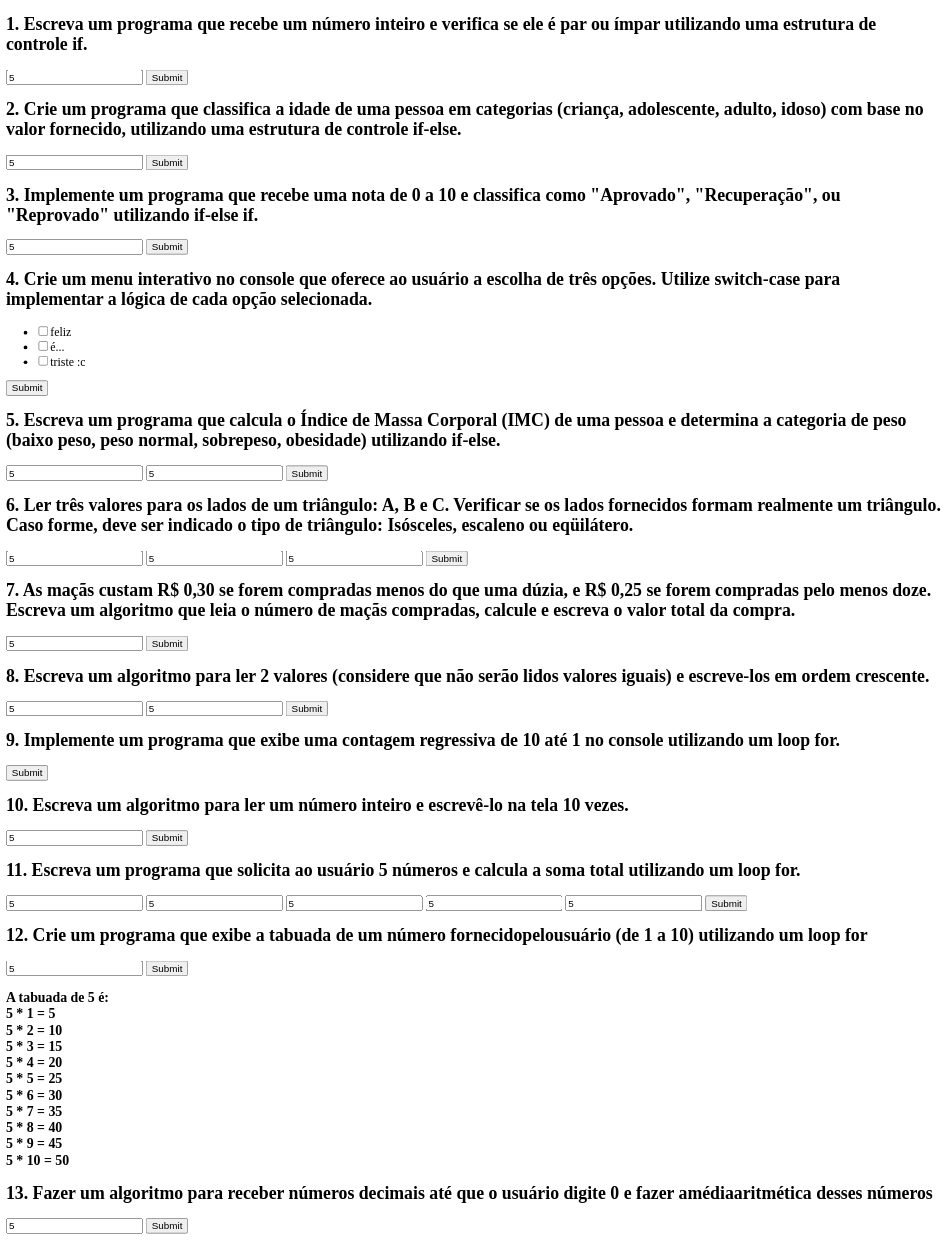
Repository: chidekina/prati-logica
Page: index.html
The author's editor kept a copy of each file at every save. The page is drawn from the files as they stood at one save, then again after the next save.
The browser window is 1280 px wide. The pictures show the whole page, at 74% of full size.
Empty fields were first filled with sample values (such as "Sample", 5 or name@example.com).
After loading, the first visible `input[onclick="tabuada()"]` was clicked once.

Above is the page before, as saved 2025-05-03 11:03:40.

After the next save:
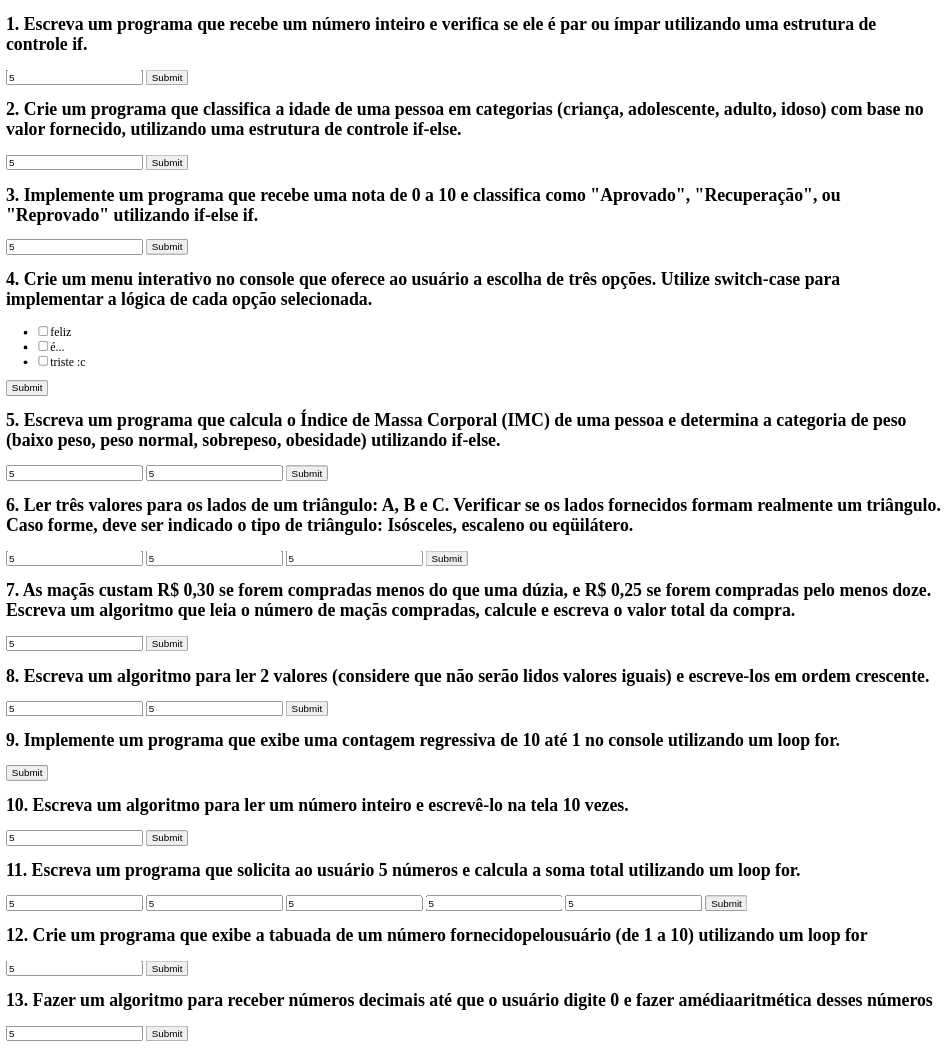
Console error: ReferenceError: numero is not defined
Saved 54 s later.
--- a/app.js
+++ b/app.js
@@ -197,7 +197,7 @@
 }
 
 function tabuada() {
-  const numero = Number(document.getElementById('task12').value);
+  const numeroInput = Number(document.getElementById('task12').value);
   const answer = document.getElementById('answer12');
 
   let tabuada = [];

After the 3 saves that followed:
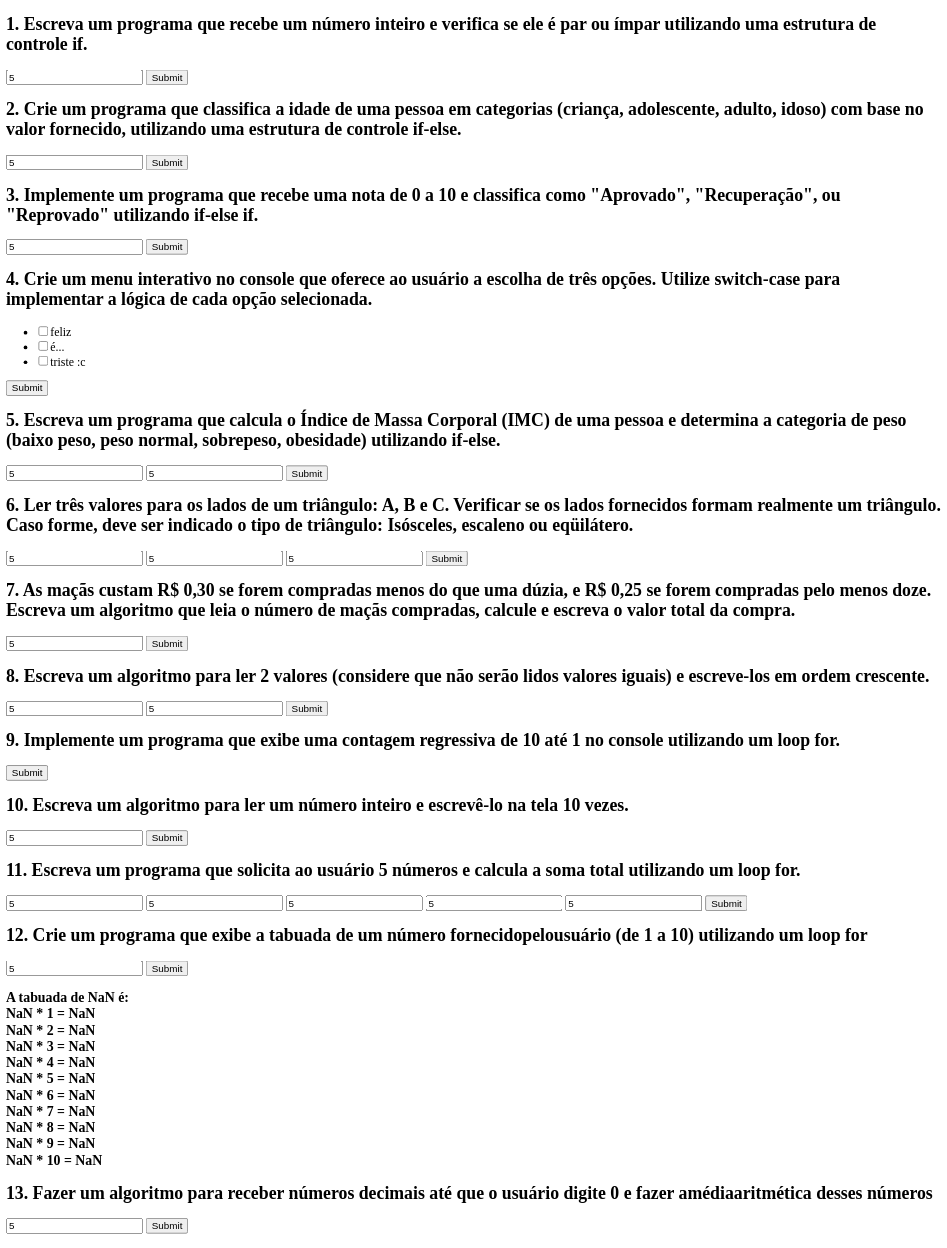
The error is gone.
The 3 saves are shown as one change because 1 left the picture as it was and some came seconds apart.
The last was saved 18 s later.
--- a/app.js
+++ b/app.js
@@ -197,7 +197,8 @@
 }
 
 function tabuada() {
-  const numeroInput = Number(document.getElementById('task12').value);
+  const numeroInput = document.getElementById('task12');
+  const numero = Number(numeroInput)
   const answer = document.getElementById('answer12');
 
   let tabuada = [];
